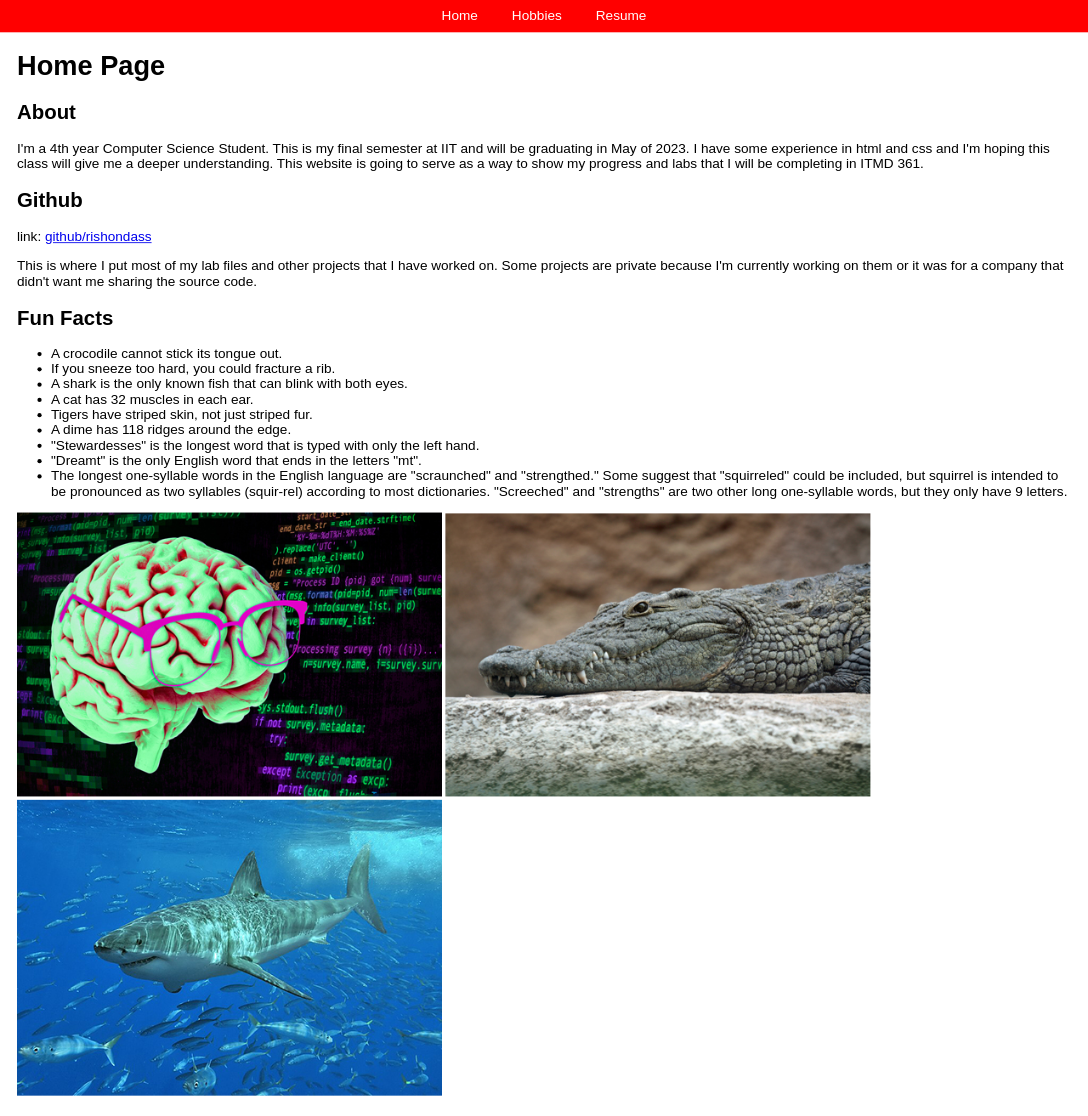
Repository: rishondass/ITMD361-Project2
Page: index.html
An editor plug-in stored every save of this project. The page is shown before and after a run of saves, followed by the edit.
The browser window is 1280 px wide. The pictures show the whole page, at 85% of full size.

Above is the page before, as saved 2023-03-07 21:32:52.

### index.html
<!DOCTYPE html>
<html lang="en">
<head>
    <meta charset="UTF-8">
    <meta name="viewport" content="width=device-width, initial-scale=1.0">
    <link rel="stylesheet" href="css/style.css">
    <link rel="stylesheet" href="css/normalize.css">
    <title>Home</title>
</head>
<body>
    <nav id="main-nav">
        <ul>
            <li>
                <a href="index.html">Home</a>
            </li>
            <li>
                <a href="hobbies.html">Hobbies</a>
            </li>
            <li>
                <a href="resume.html">Resume</a>
            </li>
        </ul>
    </nav>

    <div id="main-container">
        <div id="hero-section">
            <h1>Home Page</h1>
        </div>

        <h2>
            About
        </h2>
        <p>
            I'm a 4th year Computer Science Student. This is my final semester at IIT and will be graduating in May of 2023. I have some experience in html and css and I'm hoping this class will give me a deeper understanding. This website is going to serve as a way to show my progress and labs that I will be completing in ITMD 361.
        </p>
        <h2>
            Github
        </h2>
        <p>
            link: <a target="_blank" href="https://www.github.com/rishondass">github/rishondass</a>
        </p>
        <p>
            This is where I put most of my lab files and other projects that I have worked on. Some projects are private because I'm currently working on them or it was for a company that didn't want me sharing the source code.
        </p>
        <h2>
            Fun Facts
        </h2>
        <ul>
            <li>
                A crocodile cannot stick its tongue out.
            </li>
            <li>
                If you sneeze too hard, you could fracture a rib.
            </li>
            <li>
                A shark is the only known fish that can blink with both eyes.
            </li>
            <li>
                A cat has 32 muscles in each ear.
            </li>
            <li>
                Tigers have striped skin, not just striped fur.
            </li>
            <li>
                A dime has 118 ridges around the edge.
            </li>
            <li>
                "Stewardesses" is the longest word that is typed with only the left hand.
            </li>
            <li>
                "Dreamt" is the only English word that ends in the letters "mt".
            </li>
            <li>
                The longest one-syllable words in the English language are "scraunched" and "strengthed." Some suggest that "squirreled" could be included, but squirrel is intended to be pronounced as two syllables (squir-rel) according to most dictionaries. "Screeched" and "strengths" are two other long one-syllable words, but they only have 9 letters.
            </li>
        </ul>
        <img src="images/code.jpg" alt="image_of_code">
        <img src="images/Nile_crocodile_head.jpg" alt="image_of_crocodile">
        <img src="images/White_shark.jpg" alt="image_of_shark">

    </div>
</body>
</html>

### css/style.css
#main-nav{
    background-color: red;
    overflow: hidden;
}

#main-nav ul{
    list-style-type: none;
    padding: 0;
    margin: 0;
    display: flex;
    justify-content: center;
}

#main-nav a{
   display: block;
   padding: 10px 20px;
   text-decoration: none;
   color: white;
}


#main-nav a:hover{
    background-color: rgb(255, 255, 255);
    color:black;
}

#main-container{
    margin: 20px;
}

#hero-section{
    width: 100%;
    height: 30%;
    back
}

Loaded but not shown: css/normalize.css (library)

After the next 2 saves:
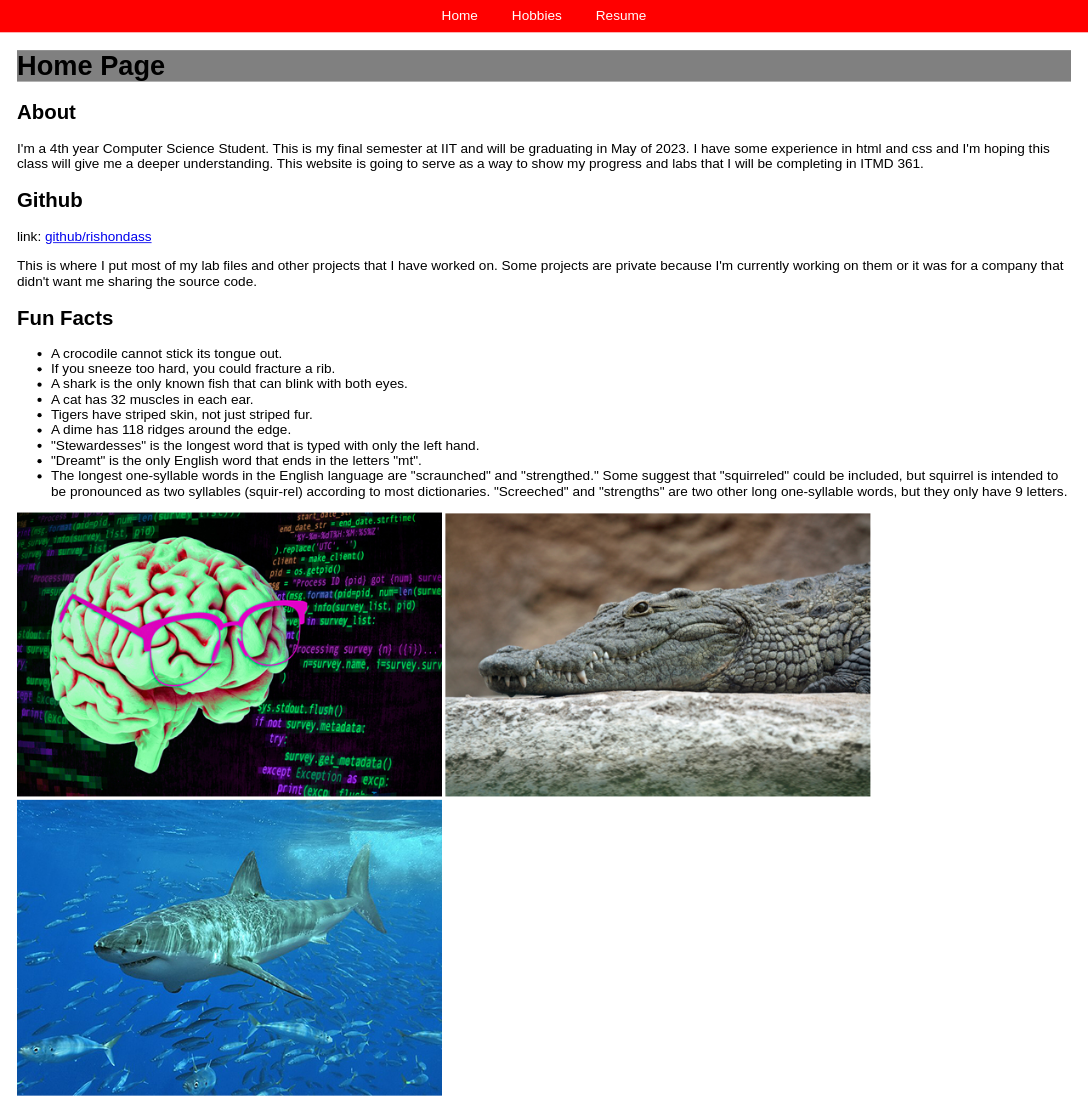
The 2 saves are shown as one change because they came seconds apart.
The last was saved 8 s later.
--- a/css/style.css
+++ b/css/style.css
@@ -31,5 +31,5 @@
 #hero-section{
     width: 100%;
     height: 30%;
-    back
+    background-color: gray;
 }
